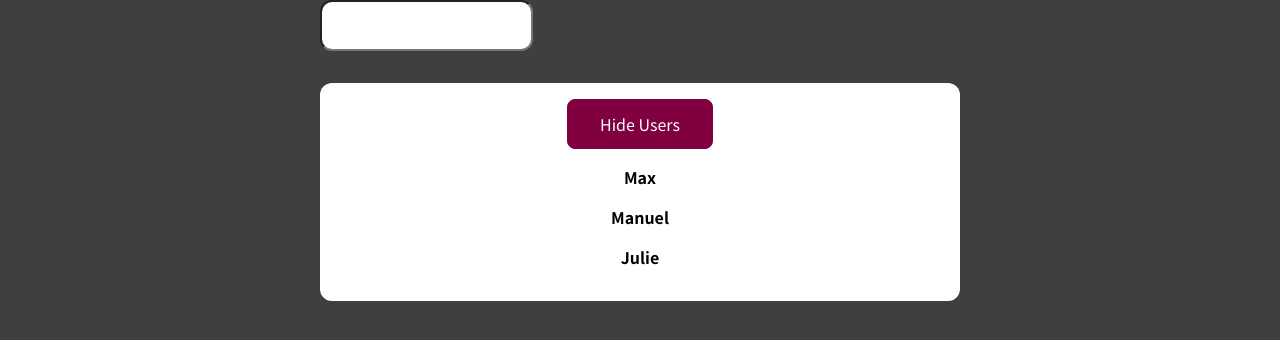
Repository: prathmeshgodbole/React-Class-Based
Page: /
The author's editor kept a copy of each file at every save. The page is drawn from the files as they stood at one save, then again after the next save.
The browser window is 1280 px wide. The pictures show the whole page.
The project was rebuilt for these pictures with package versions that can differ from the ones it lists, and the page was loaded fresh each time.

Above is the page before, as saved 2021-07-15 15:23:52.

After the next save:
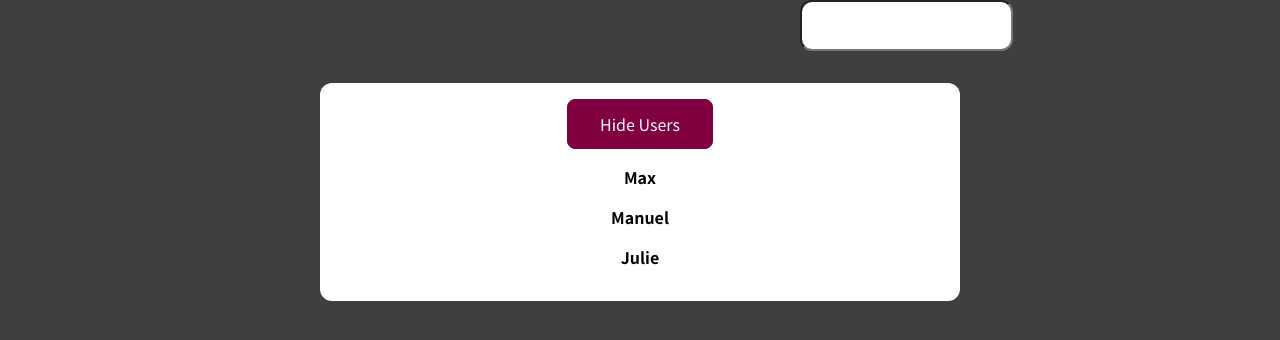
Saved 12 s later.
--- a/src/components/UserFinder.module.css
+++ b/src/components/UserFinder.module.css
@@ -1,5 +1,5 @@
 .finder {
-    margin-left: 20rem;
+    margin-left: 50rem;
     /* margin: 2rem auto; */
     background-color: white;
     padding: 1rem;
